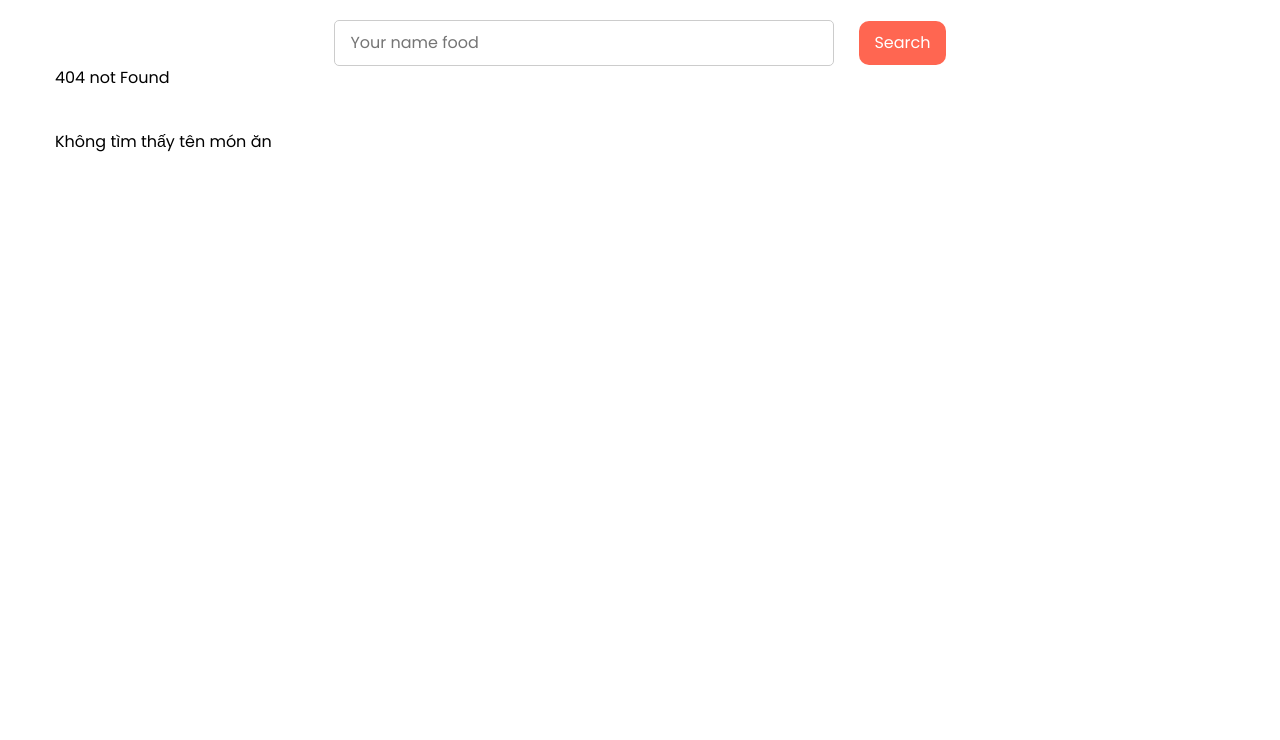
Repository: hoang0508/ReactJsDevWork
Page: /
The author's editor kept a copy of each file at every save. The page is drawn from the files as they stood at one save, then again after the next save.
The browser window is 1280 px wide. The pictures show the whole page.
The page's requests for data from a server got no answer. The project was rebuilt for these pictures with package versions that can differ from the ones it lists, and the page was loaded fresh each time. No one was signed in, and anything a server would have sent is missing.

Above is the page before, as saved 2022-02-05 23:31:14.

### src/index.scss
body {
  margin: 0;
  font-family: "Poppins", sans-serif;
  font-size: 16px;
  -webkit-font-smoothing: antialiased;
  -moz-osx-font-smoothing: grayscale;
}

code {
  font-family: source-code-pro, Menlo, Monaco, Consolas, "Courier New",
    monospace;
}

### src/App.js
import "./App.scss";
// import Button from "./components/Button/Button";
import Food from "./components/FoodApi/Food";

function App() {
  return (
    <>
      {/* <div>Hello</div> */}
      <Food />
      {/* <Button /> */}
    </>
  );
}

export default App;

### src/App.scss
@import url("https://fonts.googleapis.com/css2?family=Poppins:ital,wght@0,300;0,400;0,500;0,600;0,700;1,600&family=Red+Hat+Display:wght@300;400;500;600;700&display=swap");
*,
*::before,
*::after {
  box-sizing: border-box;
}
body,
h1,
h2,
h3,
h4,
h5,
h6,
p,
figure,
picture {
  margin: 0;
}
body {
  min-height: 100vh;
  line-height: 1.5;
}
input,
button,
select,
textarea {
  font: inherit;
}
img,
picture {
  display: block;
  max-width: 100%;
}
/* remove animation for people who've turned them off */
@media (prefers-reduced-motion: reduce) {
  *,
  *::before,
  *::after {
    animation-duration: 0.01ms !important;
    animation-iteration-count: 1 !important;
    transition-duration: 0.01ms !important;
    scroll-behavior: auto !important;
  }
}

// body {
//   background: #eb3349; /* fallback for old browsers */
//   background: -webkit-linear-gradient(
//     to right,
//     #f45c43,
//     #eb3349
//   ); /* Chrome 10-25, Safari 5.1-6 */
//   background: linear-gradient(
//     to right,
//     #f45c43,
//     #eb3349
//   ); /* W3C, IE 10+/ Edge, Firefox 16+, Chrome 26+, Opera 12+, Safari 7+ */
// }

### src/components/FoodApi/Food.js
// import lodas from "lodash";
import React, { useState } from "react";
import useHookFoodAPI from "../../hooks/useHookFoodAPI";
import useHookFoodAPI2 from "../../hooks/useHookFoodAPI2";
import "./Food.scss";

const Food = () => {
  // khởi tạo data ô input
  const [queryMeals, setQueryMeals] = useState("chicken_breast");
  const { data, loading, notFound, setUrl } = useHookFoodAPI(
    `https://www.themealdb.com/api/json/v1/1/filter.php?i=${queryMeals}`
  );
  const { data2, setUrl2 } = useHookFoodAPI2(
    `https://www.themealdb.com/api/json/v1/1/lookup.php?i=''`
  );
  //
  const handleChangeFood = (e) => {
    setQueryMeals(e.target.value);
  };
  // Hàm Btn Click URL
  const handleDataFood = (e) => {
    e.preventDefault();
    setUrl(
      `https://www.themealdb.com/api/json/v1/1/filter.php?i=${queryMeals}`
    );
  };
  const handleBtnDetails = (e, id) => {
    e.preventDefault();
    setUrl2(`https://www.themealdb.com/api/json/v1/1/lookup.php?i=${id}`);
  };
  return (
    <>
      <div className="food">
        <form>
          {/* input */}
          <input
            className="food-input"
            type="text"
            // defaultValue={queryMeals}
            placeholder="Your name food"
            onChange={(e) => handleChangeFood(e)}
          />
          <button onClick={(e) => handleDataFood(e)} className="food-btn">
            Search
          </button>
        </form>
        {/* loading */}
        {loading && <div className="food-loading"></div>}
        {/* Not found 404 */}
        {!loading && notFound && <p>404 not Found</p>}
        {/* foodlist */}
        <div className="food-list">
          {!data.meals && <div>Không tìm thấy tên món ăn</div>}
          {!loading &&
            data.meals &&
            data.meals.length > 0 &&
            data.meals.map((item, index) => {
              if (!item.strMeal || item.strMeal.length <= 0) {
                return null;
              }
              return (
                <div className="food-item" key={item.idMeal}>
                  <div className="food-image">
                    <img src={item.strMealThumb} alt="" />
                  </div>
                  <div className="food-title">{item.strMeal}</div>
                  <button
                    onClick={(e, id) => handleBtnDetails(e, item.idMeal)}
                    className="food-btn food-btn--primary"
                  >
                    Watch Details
                  </button>
                </div>
              );
            })}
        </div>
        <div className="food-modal">
          <div className="food-container">
            {data2.meals &&
              data2.meals.length > 0 &&
              data2.map((item, index) => (
                <div key={item.idMeal}>
                  <div className="food-title">{item.strMeal}</div>
                  <h3>Details: </h3>
                  <div className="food-desc">
                    Lorem ipsum dolor sit amet consectetur adipisicing elit.
                    Quis ad, facere repellat laudantium unde sunt quas enim quia
                    eius possimus magnam obcaecati accusantium vero, delectus
                    tenetur inventore dolore culpa animi.
                  </div>
                  <div className="modal-images">
                    <img src="" alt="" />
                  </div>
                </div>
              ))}
          </div>
        </div>
      </div>
    </>
  );
};

export default Food;

### src/hooks/useHookFoodAPI.js
import axios from "axios";
import { useEffect, useRef, useState } from "react";

export default function useHookFoodAPI(initialUrl, initialData) {
  // render data
  const [data, setData] = useState([]);
  // Loading
  const [loading, setLoading] = useState(true);
  // Not found search
  const [notFound, setNotFound] = useState("");
  // url Link API
  const [url, setUrl] = useState(initialUrl);
  const fetchDataFood = useRef();
  fetchDataFood.current = async () => {
    setLoading(true);
    try {
      const reponse = await axios.get(url);
      setData(reponse.data);
      setLoading(false);
    } catch (err) {
      setLoading(false);
      setNotFound(`404 ${err}`);
    }
  };
  // Fuction onChange input
  // const handleChangeFood = lodash.debounce((e) => {
  //   setQueryMeals(e.target.value);
  // }, 500);
  // useEffect
  useEffect(() => {
    fetchDataFood.current();
  }, [url]);
  return {
    data,
    loading,
    notFound,
    setUrl,
  };
}

### src/hooks/useHookFoodAPI2.js
import axios from "axios";
import { useEffect, useRef, useState } from "react";

export default function useHookFoodAPI2(initialUrl, initialData) {
  // render data
  const [data2, setData] = useState([]);
  // Loading
  const [loading, setLoading] = useState(true);
  // Not found search
  const [notFound, setNotFound] = useState("");
  // url Link API
  const [url, setUrl2] = useState(initialUrl);
  const fetchDataFood = useRef();
  fetchDataFood.current = async () => {
    setLoading(true);
    try {
      const reponse = await axios.get(url);
      setData(reponse.data);
      setLoading(false);
    } catch (err) {
      setLoading(false);
      setNotFound(`404 ${err}`);
    }
  };
  // Fuction onChange input
  // const handleChangeFood = lodash.debounce((e) => {
  //   setQueryMeals(e.target.value);
  // }, 500);
  // useEffect
  useEffect(() => {
    fetchDataFood.current();
  }, [url]);
  return {
    data2,
    loading,
    notFound,
    setUrl2,
  };
}

### src/components/FoodApi/Food.scss
.food {
  max-width: 1170px;
  margin: 20px auto 0;
  form {
    display: flex;
    align-items: center;
    justify-content: center;
    gap: 0 25px;
    margin: 0 auto;
  }
  &-input {
    display: block;
    max-width: 500px;
    width: 100%;
    border: 1px solid #ccc;
    border-radius: 5px;
    padding: 10px 15px;
    outline: none;
    overflow: hidden;
    transition: all 0.25s linear;
  }
  &-input:focus {
    border-color: #2cccff;
  }
  &-btn {
    padding: 10px 15px;
    background-color: #ff6651;
    color: #fff;
    outline: none;
    border: 0;
    border-radius: 10px;
    cursor: pointer;
  }
  &-btn--primary {
    display: block;
    margin: 0 auto;
    margin-top: auto;
    margin-bottom: 20px;
  }
  &-list {
    display: grid;
    grid-template-columns: repeat(3, 1fr);
    grid-gap: 40px;
    margin: 40px 0 100px;
  }
  &-item {
    background-color: #fff;
    border-radius: 10px;
    border: 1px solid #ccc;
    overflow: hidden;
    cursor: pointer;
    // transition: all 0.25s linear;
    display: flex;
    flex-direction: column;
  }
  &-image {
    height: 300px;
    img {
      width: 100%;
      height: 100%;
      object-fit: cover;
    }
  }
  &-title {
    text-align: center;
    margin-top: 15px;
    font-size: 20px;
    padding: 10px 0;
  }
  &-loading {
    width: 80px;
    height: 80px;
    border-radius: 100rem;
    border: 5px solid #2cccff;
    border-right: transparent;
    animation: foodLoading 2s linear infinite;
    margin: 50px auto;
  }
  @keyframes foodLoading {
    0% {
      transform: rotate(0deg);
    }
    // 50% {
    //   transform: rotate(45deg);
    // }
    100% {
      transform: rotate(360deg);
    }
  }
  &-modal {
    position: fixed;
    top: 0;
    left: 0;
    right: 0;
    bottom: 0;
    z-index: 999999;
    background-color: rgba(0, 0, 0, 0.25);
    display: flex;
    align-items: center;
    justify-content: center;
    flex-direction: column;
    opacity: 0;
    visibility: hidden;
    transition: all 0.2s ease;
  }
  &-container {
    max-width: 500px;
    overflow-y: scroll;
    background-color: #fff;
    box-shadow: rgba(100, 100, 111, 0.2) 0px 7px 29px 0px;
    padding: 10px 25px;
    border-radius: 10px;
  }
}

Loaded but not shown: public/index.html (common file); src/index.js (common file); src/reportWebVitals.js (common file)

After the next save:
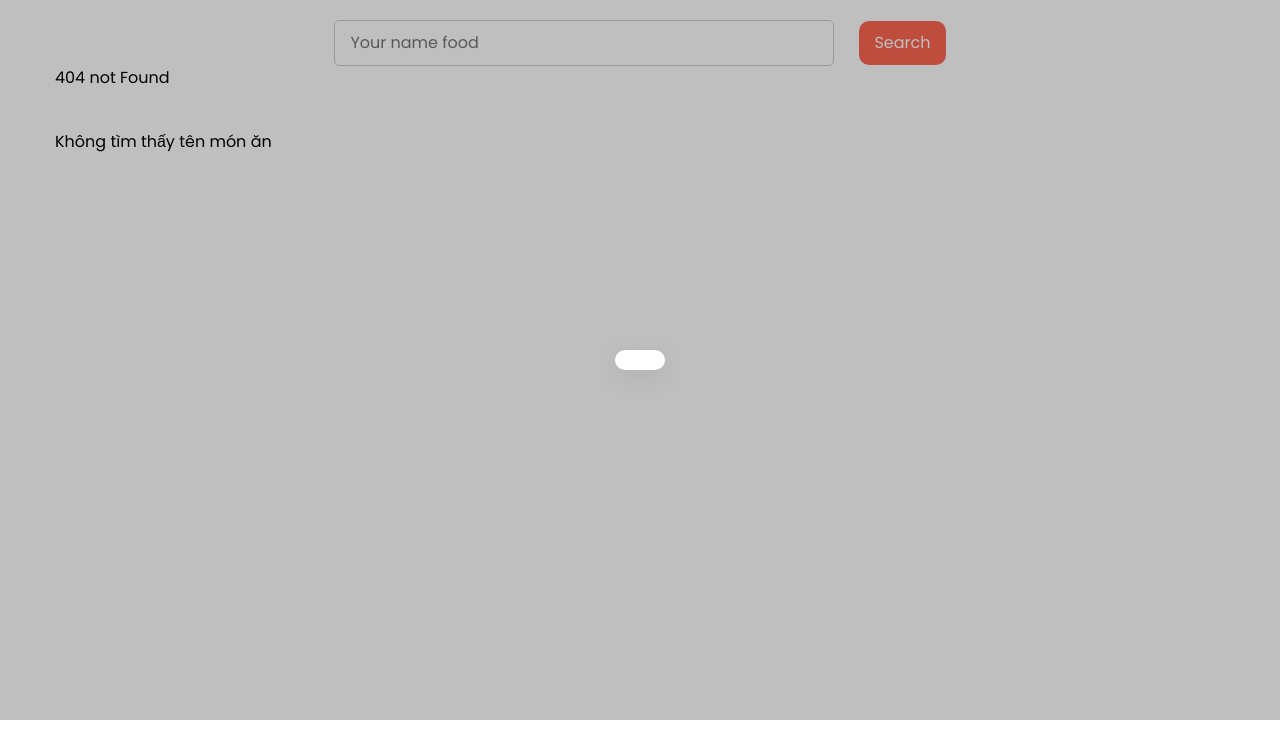
Saved 5 s later.
--- a/src/components/FoodApi/Food.scss
+++ b/src/components/FoodApi/Food.scss
@@ -99,9 +99,9 @@
     align-items: center;
     justify-content: center;
     flex-direction: column;
-    opacity: 0;
-    visibility: hidden;
-    transition: all 0.2s ease;
+    // opacity: 0;
+    // visibility: hidden;
+    // transition: all 0.2s ease;
   }
   &-container {
     max-width: 500px;

After the save that followed:
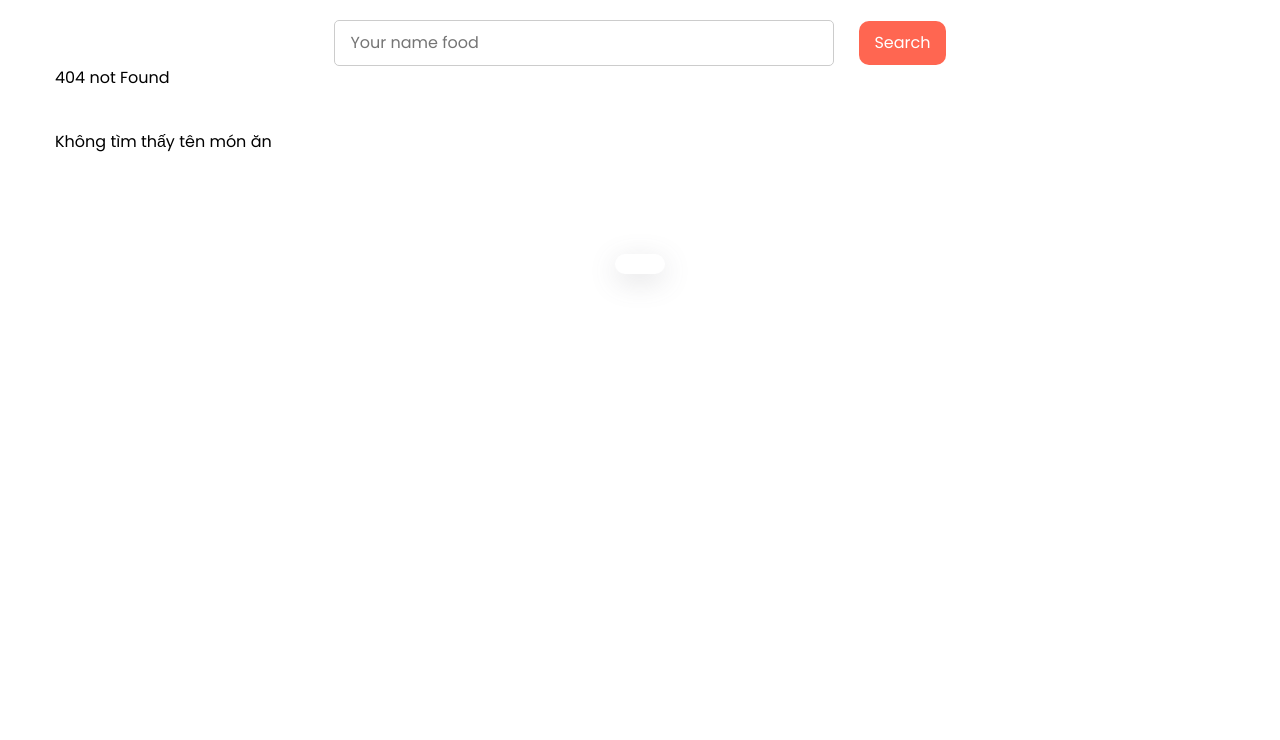
Saved 26 s later.
--- a/src/components/FoodApi/Food.scss
+++ b/src/components/FoodApi/Food.scss
@@ -88,13 +88,13 @@
     }
   }
   &-modal {
-    position: fixed;
-    top: 0;
-    left: 0;
-    right: 0;
-    bottom: 0;
-    z-index: 999999;
-    background-color: rgba(0, 0, 0, 0.25);
+    // position: fixed;
+    // top: 0;
+    // left: 0;
+    // right: 0;
+    // bottom: 0;
+    // z-index: 999999;
+    // background-color: rgba(0, 0, 0, 0.25);
     display: flex;
     align-items: center;
     justify-content: center;
